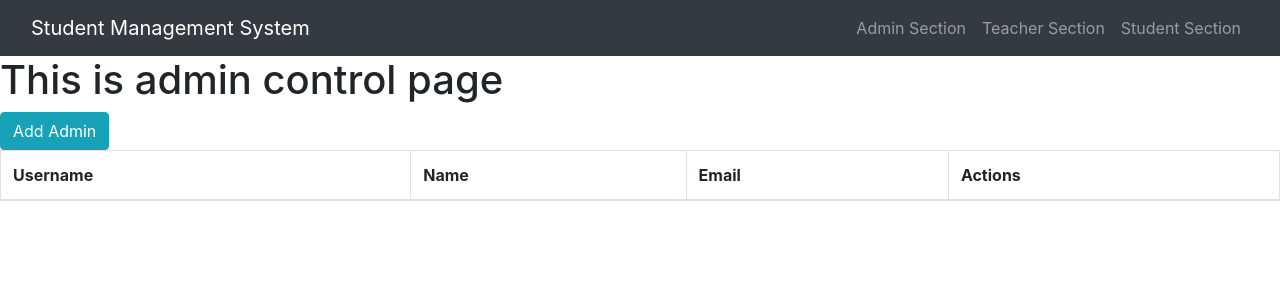
Repository: arupmaji404/StudentManagementSystem
Page: http://localhost/admin/admincontrol
The author's editor kept a copy of each file at every save. The page is drawn from the files as they stood at one save, then again after the next save.
The browser window is 1280 px wide. The pictures show the whole page.
The page is this project's Thymeleaf template; nobody is signed in. The template is opened directly, without the code that normally fills it, so the values that code supplies are empty.

Above is the page before, as saved 2022-09-11 05:20:20.

After the next save:
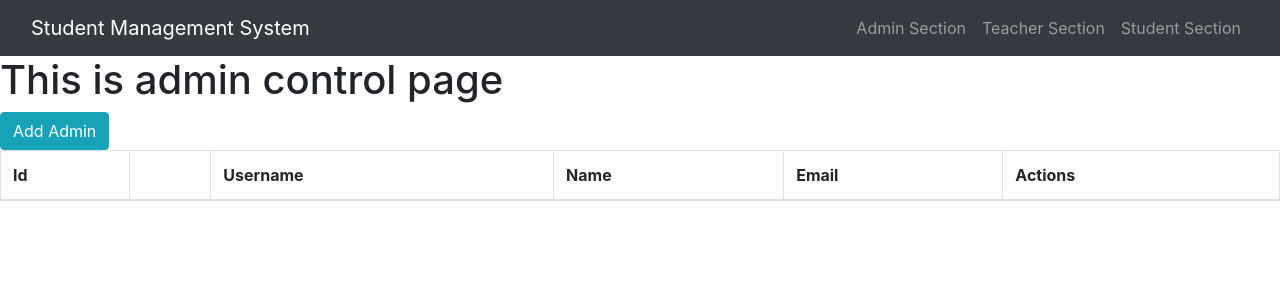
Saved 46 s later.
--- a/StudentManagementSystem/src/main/resources/templates/admin/admincontrol.html
+++ b/StudentManagementSystem/src/main/resources/templates/admin/admincontrol.html
@@ -16,6 +16,7 @@
 	<table class="table table-bordered table-striped">
 		<thead>
 			<tr>
+				<th>Id<th>
 				<th>Username</th>
 				<th>Name</th>
 				<th>Email</th>
